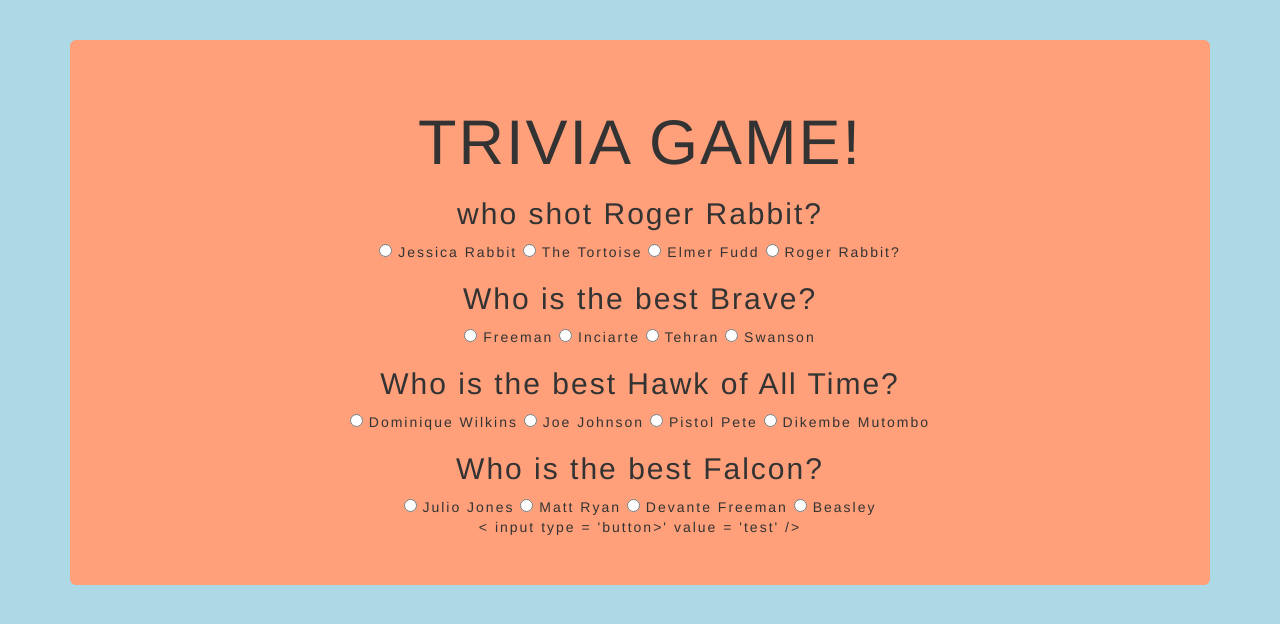
Repository: phiniezyc/TriviaGame
Page: index.html
These files come from the project's save history. The page is drawn as it stood at one moment and after a run of saves; the edit follows.
The browser window is 1280 px wide. The pictures show the whole page.
After loading, the first visible `#startGameButton` was clicked once.
Some web libraries are served in a nearby version.

Above is the page before, as saved 2017-09-14 00:49:07.

After the next 2 saves:
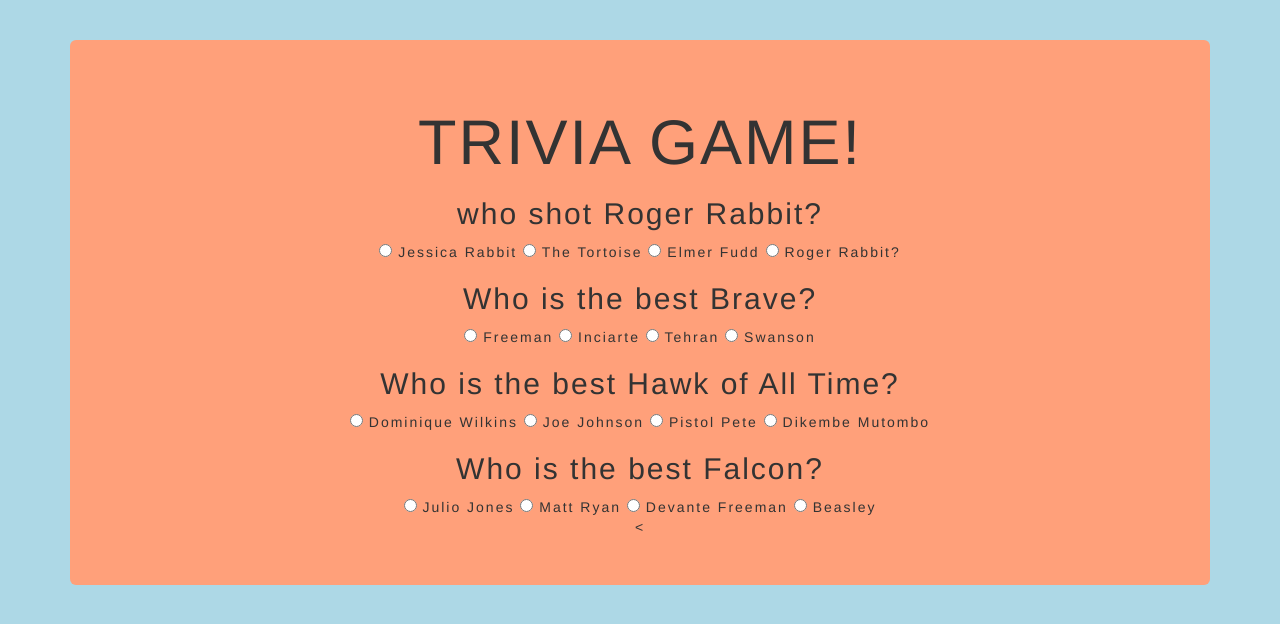
The 2 saves are shown as one change because they came seconds apart.
The last was saved 30 s later.
--- a/assets/javascript/app.js
+++ b/assets/javascript/app.js
@@ -7,7 +7,7 @@
             $("#questionSection").append("<input type = 'radio' name= 'questionsToAsk" + i + " 'value' " + questions[i].answers[j] + "'>" + questions[i].answers[j])
         }
     }
-    $("#questionSection").after("< input type = 'button>' value = 'test' />");
+    $("#questionSection").after("<");
 });
 
 var questions = [{
